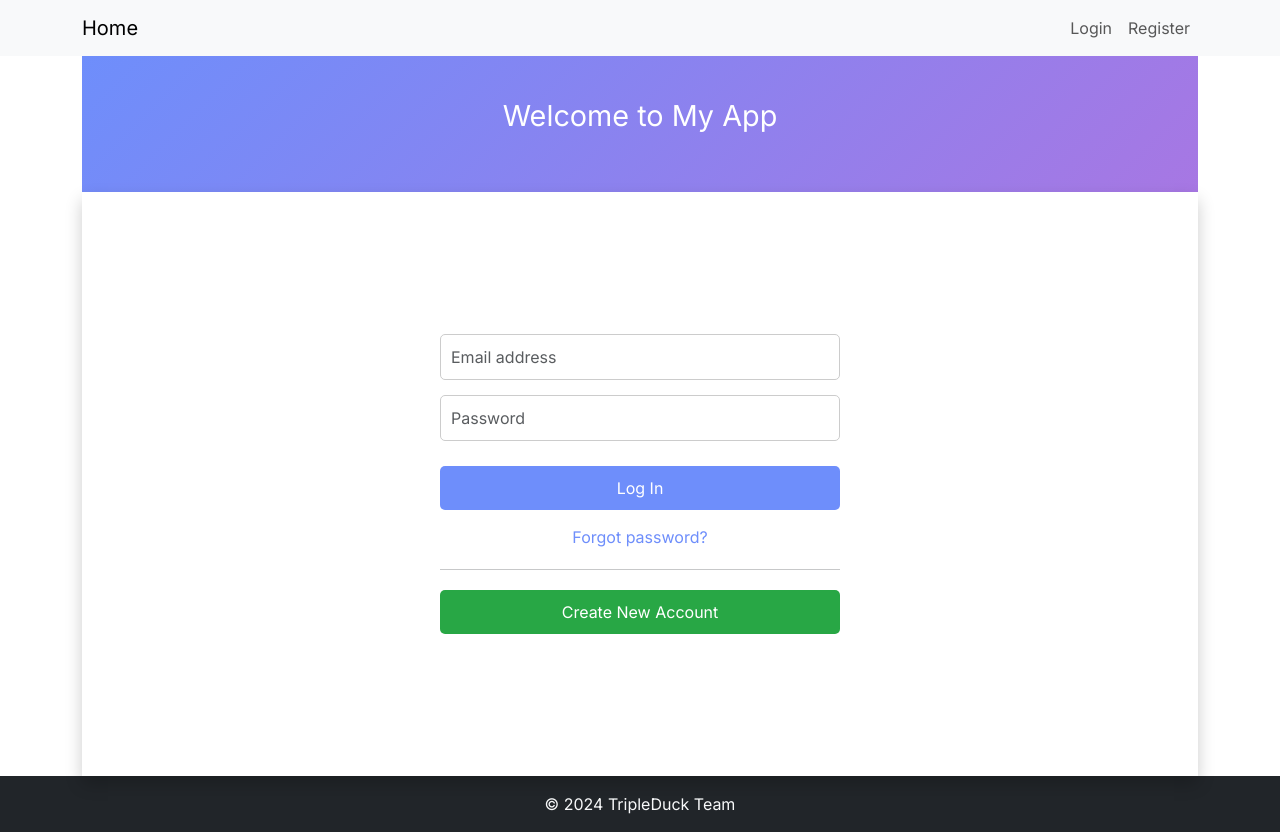
Repository: tdphong1293/KHDL01_DemoWebKafka
Page: /auth/login (app in Frontend_Client/)
The author's editor kept a copy of each file at every save. The page is drawn from the files as they stood at one save, then again after the next save.
The browser window is 1280 px wide. The pictures show the whole page.
The project was rebuilt for these pictures with package versions that can differ from the ones it lists, and the page was loaded fresh each time. The framework's server and built-in components were replaced by stand-ins that run in the browser. Also part of the build but not shown: Frontend_Client/next.config.mjs.

Above is the page before, as saved 2024-07-23 22:57:09.

After the next save:
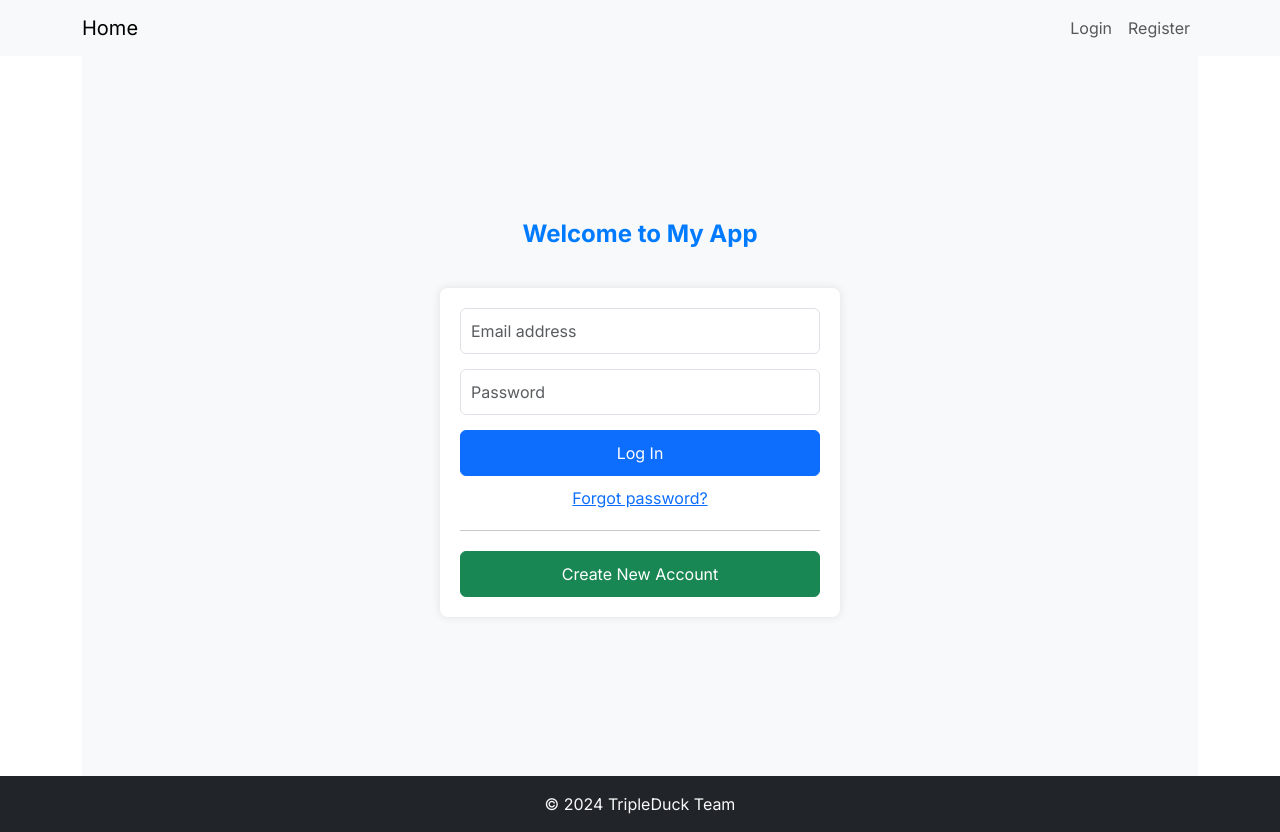
Saved 53 s later.
--- a/Frontend_Client/src/styles/page.module.css
+++ b/Frontend_Client/src/styles/page.module.css
@@ -230,48 +230,41 @@
 }
 
 /*Login*/
+/* src/styles/page.module.css */
 .loginContainer {
   display: flex;
   flex-direction: column;
+  justify-content: center;
+  align-items: center;
   height: 100vh;
+  background-color: #f8f9fa;
 }
 
 .topPanel {
-  flex: 0.15;
-  display: flex;
-  align-items: center;
-  justify-content: center;
-  background: linear-gradient(135deg, #6e8efb, #a777e3);
-  color: white;
+  margin-bottom: 20px;
   text-align: center;
+}
+
+.description {
+  font-size: 24px;
+  font-weight: bold;
+}
+
+.brand {
+  color: #007bff;
+}
+
+.bottomPanel {
+  width: 100%;
+  max-width: 400px;
   padding: 20px;
-}
-
-.bottomPanel {
-  flex: 0.85;
-  display: flex;
-  align-items: center;
-  justify-content: center;
-  background: rgba(255, 255, 255, 0.8);
-  box-shadow: 0 8px 16px rgba(0, 0, 0, 0.2);
-  padding: 20px;
-}
-
-.brand {
-  font-size: 2.5rem;
-  /* margin-bottom: 20px; */
-  animation: fadeInDown 1s ease-in-out;
-}
-
-.description {
-  font-size: 1.8rem;
-  /* margin-bottom: 40px; */
+  background-color: white;
+  border-radius: 8px;
+  box-shadow: 0 0 10px rgba(0, 0, 0, 0.1);
 }
 
 .loginForm {
   width: 100%;
-  max-width: 400px;
-  animation: fadeInUp 1s ease-in-out;
 }
 
 .formGroup {
@@ -280,43 +273,18 @@
 
 .input {
   padding: 10px;
-  border-radius: 5px;
-  border: 1px solid #ccc;
-  transition: border-color 0.3s ease;
-}
-
-.input:focus {
-  border-color: #6e8efb;
-  outline: none;
+  font-size: 16px;
 }
 
 .loginButton {
   width: 100%;
   padding: 10px;
+  font-size: 16px;
+}
+
+.forgotPassword {
   margin-top: 10px;
-  background-color: #6e8efb;
-  border: none;
-  border-radius: 5px;
-  transition: background-color 0.3s ease;
-}
-
-.loginButton:hover {
-  background-color: #a777e3;
-}
-
-.forgotPassword {
   text-align: center;
-  margin-top: 15px;
-}
-
-.forgotPassword a {
-  color: #6e8efb;
-  text-decoration: none;
-  transition: color 0.3s ease;
-}
-
-.forgotPassword a:hover {
-  color: #a777e3;
 }
 
 .separator {
@@ -326,34 +294,5 @@
 .createAccountButton {
   width: 100%;
   padding: 10px;
-  background-color: #28a745;
-  border: none;
-  border-radius: 5px;
-  transition: background-color 0.3s ease;
-}
-
-.createAccountButton:hover {
-  background-color: #218838;
-}
-
-@keyframes fadeInDown {
-  0% {
-    opacity: 0;
-    transform: translateY(-20px);
-  }
-  100% {
-    opacity: 1;
-    transform: translateY(0);
-  }
-}
-
-@keyframes fadeInUp {
-  0% {
-    opacity: 0;
-    transform: translateY(20px);
-  }
-  100% {
-    opacity: 1;
-    transform: translateY(0);
-  }
-}
+  font-size: 16px;
+}
